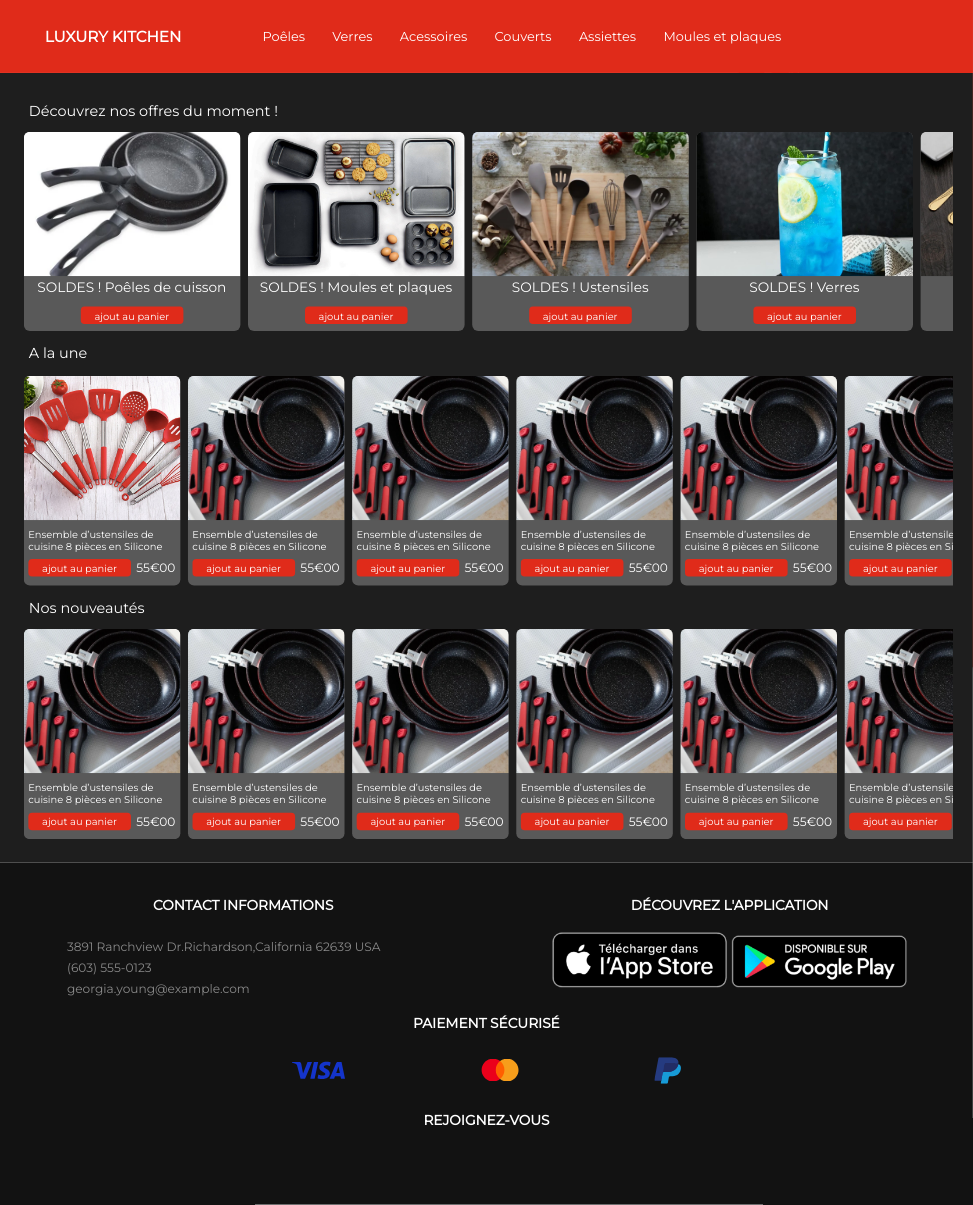
Repository: Juannpl/Luxury-Kicthen
Page: index.html
The author's editor kept a copy of each file at every save. The page is drawn from the files as they stood at one save, then again after a run of saves.
The browser window is 1280 px wide. The pictures show the whole page, at 76% of full size.
Some icons come from a web library that is not loaded, so they are not drawn.

Above is the page before, as saved 2023-02-16 20:21:47.

After the next 3 saves:
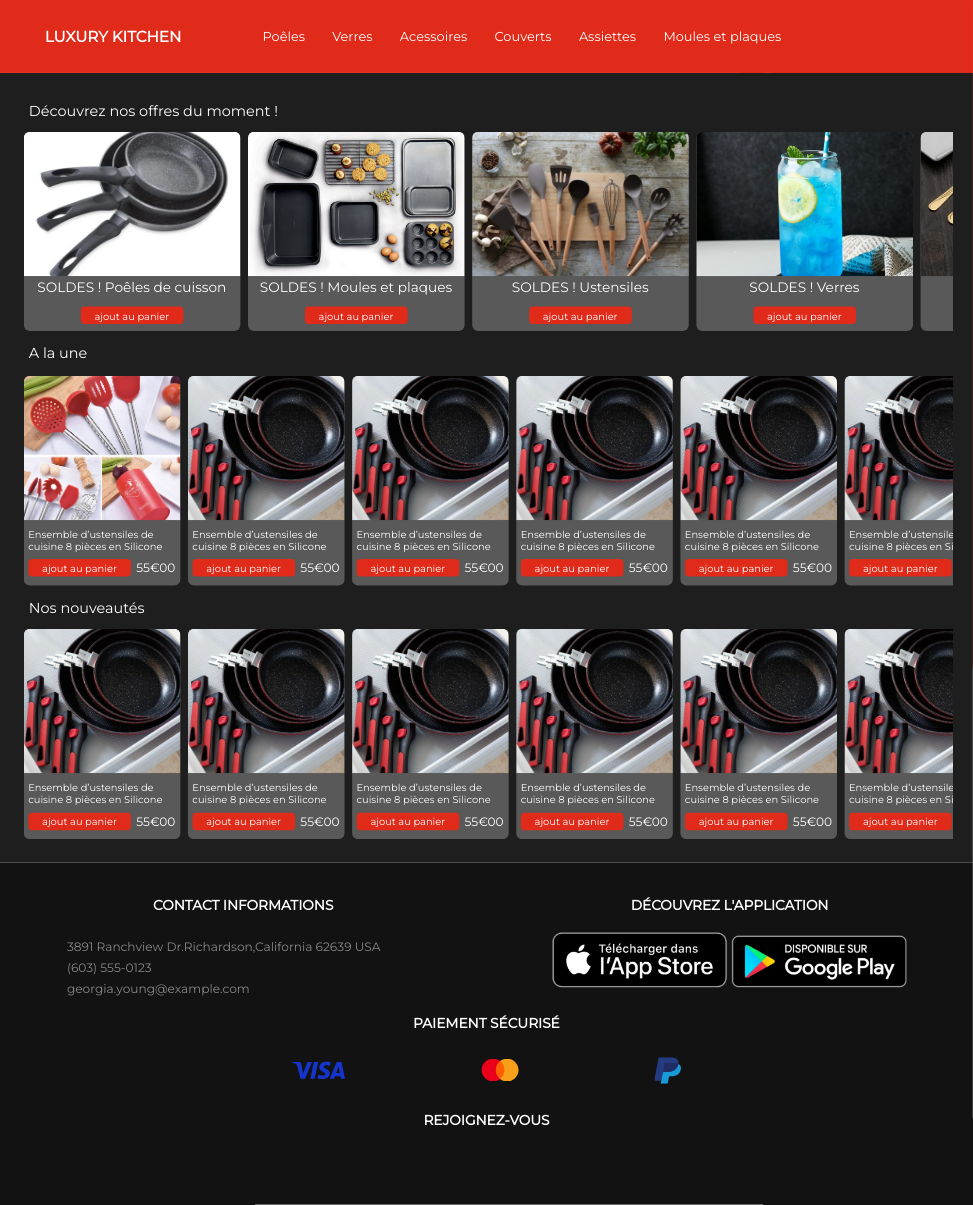
The 3 saves are shown as one change because they came seconds apart.
The last was saved 44 s later.
--- a/index.html
+++ b/index.html
@@ -211,7 +211,7 @@
     <div class="containeer">
       <div class="card">
         <div class="controle">
-          <img src="img/accessoire/accessoire1.1.png" alt="poele">
+          <img src="img/accessoire/accessoire1.png" alt="poele">
         </div>
         <div class="descr_panier">
           <div class="text_panier">
